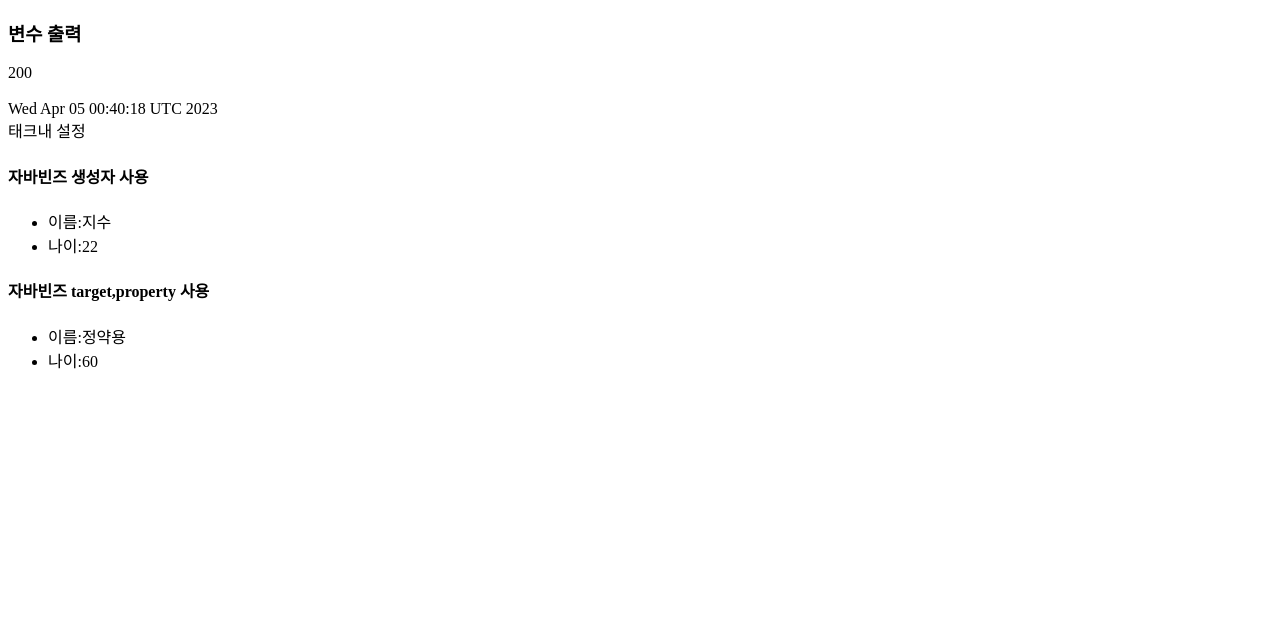
Repository: hyojinx/JspStudy
Page: http://localhost/jspstudy/11JSTL/CoreSet.jsp
The author's editor kept a copy of each file at every save. The page is drawn from the files as they stood at one save, then again after the next save.
The browser window is 1280 px wide. The pictures show the whole page.
The page is served by Tomcat 9. Other server files are loaded and not shown.

Above is the page before, as saved 2023-04-10 01:38:47.

### jspstudy/src/main/webapp/11JSTL/CoreSet.jsp
<%@ page language="java" contentType="text/html; charset=UTF-8"
    pageEncoding="UTF-8"%>
<%@ page import="java.util.*"  %>
<%@ page import="common.Person" %>
<%@ taglib prefix="c" uri="http://java.sun.com/jsp/jstl/core" %>
<!DOCTYPE html>
<html>
<head>
<meta charset="UTF-8">
<title>JSTL core set</title>
</head>
<body>
	<!-- 변수 선언 -->
	<c:set var="aVar" value="200"/>
	<c:set var="elvar" value="${aVar mod 7}"/>
	<c:set var="expVar" value="<%=new Date() %>"/>
	<c:set var="tagVar">태크내 설정</c:set>

	<h3>변수 출력</h3>
	${pageScope.aVar }<br>${elVar }<br>${expVar }<br>${tagVar }<br>

	<h4>자바빈즈 생성자 사용</h4>
	<c:set var="personVar1" value='<%=new Person("지수",22) %>' scope="request" />
	<ul>
		<li>이름:${requestScope.personVar1.name}</li>
		<li>나이:${personVar1.age }</li>
	</ul>
	<h4>자바빈즈 target,property 사용</h4>
	<c:set var="personVar2" value="<%=new Person() %>" scope="request"/>
	<c:set target="${personVar2}" property="name" value="정약용"/>
	<c:set target="${personVar2}" property="age" value="60"/>
	<ul>
		<li>이름:${requestScope.personVar2.name}</li>
		<li>나이:${personVar2.age }</li>
	</ul>
</body>
</html>

### jspstudy/src/main/java/common/Person.java
package common;

public class Person {
	/*자바빈즈 Java beans - 자바로 작성한 소프트웨어 컴포넌트
	 * 1. 기본 패키지 이외에 패키지에 위치
	 * 2. 멤버변수의 접근 제한자는 private로 선언
	 * 3. 기본 생성자 필수
	 * 4. 멤버 변수에 접근 할 수 있는 getter/setter 메소드 필요
	 * 5. getter/setter는 public 선언
	 *
	 * VO(value object) 값 객체-데이터를 담고있는 객체
	 * DTO(Data Transfer Object)데이터 전송 객체
	 *
	 */
	//멤버변수
	private String name;
	private int age;
	//생성자
	public Person() {}
	public Person(String name,int age) {
		this.name=name;
		this.age=age;
	}
	//메서드
	public String getName() {
		return name;
	}
	public void setName(String name) {
		this.name=name;
	}
	public int getAge() {
		return age;
	}
	public void setAge(int age) {
		this.age=age;
	}

}

After the next save:
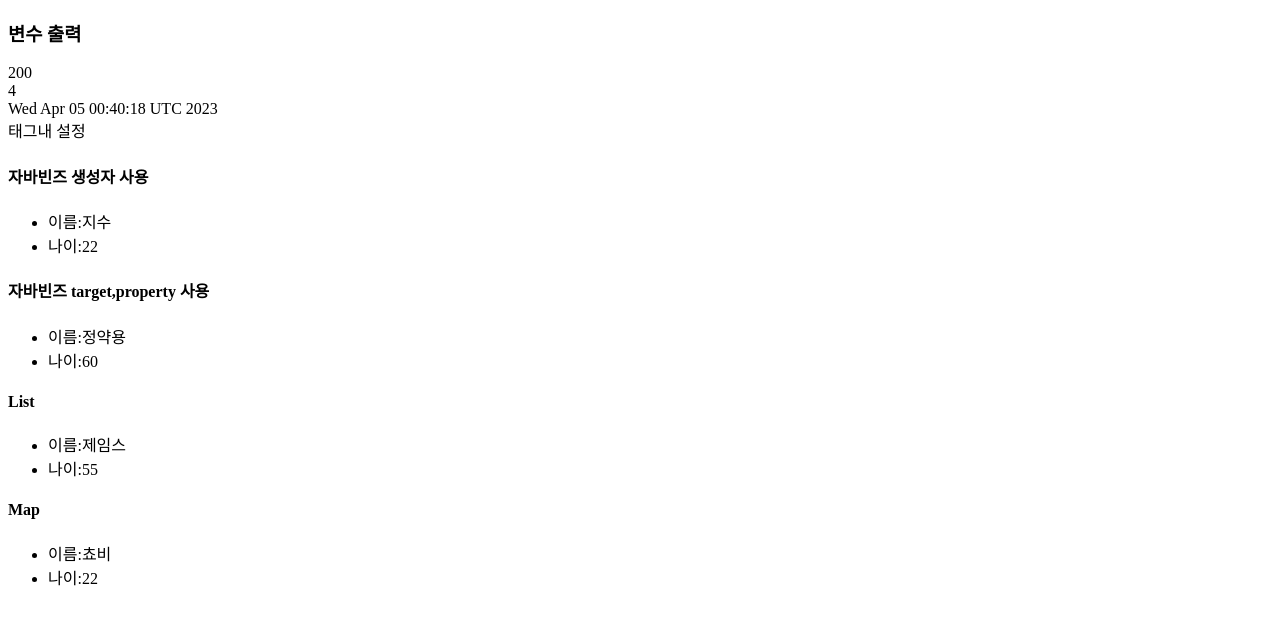
Saved 8 min 52 s later.
--- a/jspstudy/src/main/webapp/11JSTL/CoreSet.jsp
+++ b/jspstudy/src/main/webapp/11JSTL/CoreSet.jsp
@@ -1,8 +1,9 @@
 <%@ page language="java" contentType="text/html; charset=UTF-8"
     pageEncoding="UTF-8"%>
-<%@ page import="java.util.*"  %>
-<%@ page import="common.Person" %>
-<%@ taglib prefix="c" uri="http://java.sun.com/jsp/jstl/core" %>
+<%@ page import="java.util.*"%>
+<%@ page import="common.Person"%>
+<%@ taglib prefix="c" uri = "http://java.sun.com/jsp/jstl/core"%>
+
 <!DOCTYPE html>
 <html>
 <head>
@@ -10,28 +11,50 @@
 <title>JSTL core set</title>
 </head>
 <body>
-	<!-- 변수 선언 -->
-	<c:set var="aVar" value="200"/>
-	<c:set var="elvar" value="${aVar mod 7}"/>
-	<c:set var="expVar" value="<%=new Date() %>"/>
-	<c:set var="tagVar">태크내 설정</c:set>
+   <!--  변수 선언 -->
+   <c:set var="aVar" value="200"/>
+   <c:set var="elVar" value="${aVar mod 7}"/>
+   <c:set var="expVar" value="<%= new Date() %>" />
+   <c:set var="tagVar">태그내 설정</c:set>
 
-	<h3>변수 출력</h3>
-	${pageScope.aVar }<br>${elVar }<br>${expVar }<br>${tagVar }<br>
+   <h3>변수 출력</h3>
+   ${pageScope.aVar}<br>${elVar}<br>${expVar}<br>${tagVar}<br>
 
-	<h4>자바빈즈 생성자 사용</h4>
-	<c:set var="personVar1" value='<%=new Person("지수",22) %>' scope="request" />
-	<ul>
-		<li>이름:${requestScope.personVar1.name}</li>
-		<li>나이:${personVar1.age }</li>
-	</ul>
-	<h4>자바빈즈 target,property 사용</h4>
-	<c:set var="personVar2" value="<%=new Person() %>" scope="request"/>
-	<c:set target="${personVar2}" property="name" value="정약용"/>
-	<c:set target="${personVar2}" property="age" value="60"/>
-	<ul>
-		<li>이름:${requestScope.personVar2.name}</li>
-		<li>나이:${personVar2.age }</li>
-	</ul>
+   <h4>자바빈즈 생성자 사용</h4>
+   <c:set var="personVar1" value='<%=new Person("지수",22) %>' scope="request"/>
+   <ul>
+      <li>이름:${requestScope.personVar1.name}</li>
+      <li>나이:${personVar1.age}</li>
+   </ul>
+   <h4>자바빈즈 target,property 사용</h4>
+   <c:set var="personVar2" value="<%=new Person() %>" scope="request"/>
+   <c:set target ="${personVar2}" property="name" value="정약용"/>
+   <c:set target="${personVar2}" property="age" value="60"/>
+   <ul>
+      <li>이름:${requestScope.personVar2.name}</li>
+      <li>나이:${personVar2.age}</li>
+   </ul>
+   <h4>List</h4>
+   <%
+      ArrayList<Person> pList = new ArrayList<>();
+      pList.add(new Person("제임스",55));
+      pList.add(new Person("william",60));
+   %>
+   <c:set var="personList" value="<%=pList%>" scope="request"/>
+   <ul>
+      <li>이름:${requestScope.personList[0].name}</li>
+      <li>나이:${personList[0].age}</li>
+   </ul>
+   <h4>Map</h4>
+   <%
+      Map<String,Person> pMap = new HashMap<>();
+      pMap.put("personArgs1",new Person("쵸비",22));
+      pMap.put("personArgs2", new Person("페이즈",19));
+   %>
+   <c:set var="personMap" value="<%=pMap%>" scope="request"/>
+   <ul>
+      <li>이름:${requestScope.personMap.personArgs1.name}</li>
+      <li>나이:${personMap.personArgs1.age}</li>
+   </ul>
 </body>
 </html>
